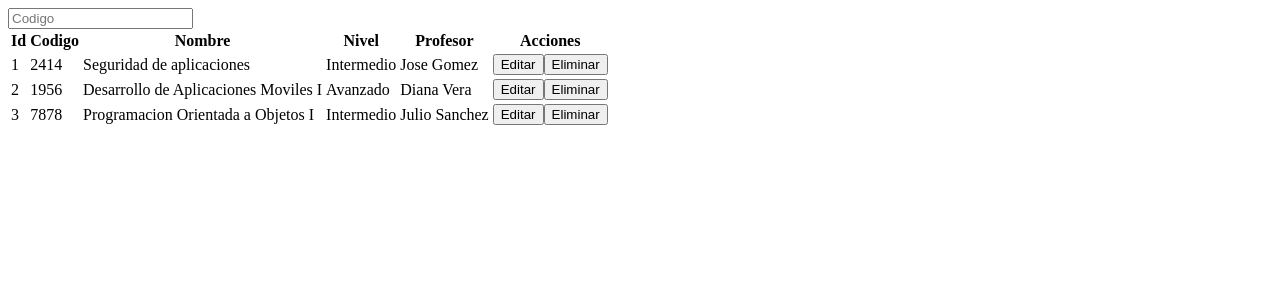
Repository: LuisCondori98/LP1-CIB
Page: http://localhost/Clase-01/demo.jsp
An editor plug-in stored every save of this project. The page is shown before and after the next save, followed by the edit.
The browser window is 1280 px wide. The pictures show the whole page.
The page is served by Tomcat 9.

Above is the page before, as saved 2025-01-11 14:26:51.

After the next save:
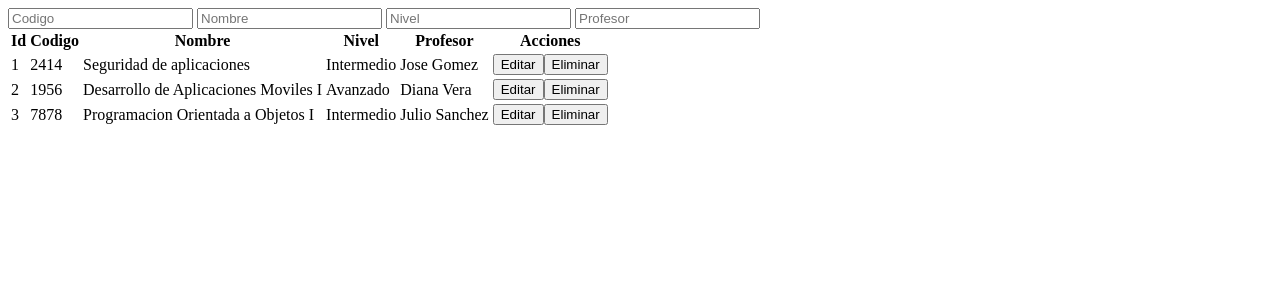
Saved 23 s later.
--- a/Clase-01/src/main/webapp/demo.jsp
+++ b/Clase-01/src/main/webapp/demo.jsp
@@ -8,7 +8,10 @@
 </head>
 <body>
 	<form>
-		<input type="text" placeholder="Codigo"/>
+		<input type="number" placeholder="Codigo"/>
+		<input type="text" placeholder="Nombre"/>
+		<input type="text" placeholder="Nivel"/>
+		<input type="text" placeholder="Profesor"/>
 	</form>
 	<table>
 		<tr>
